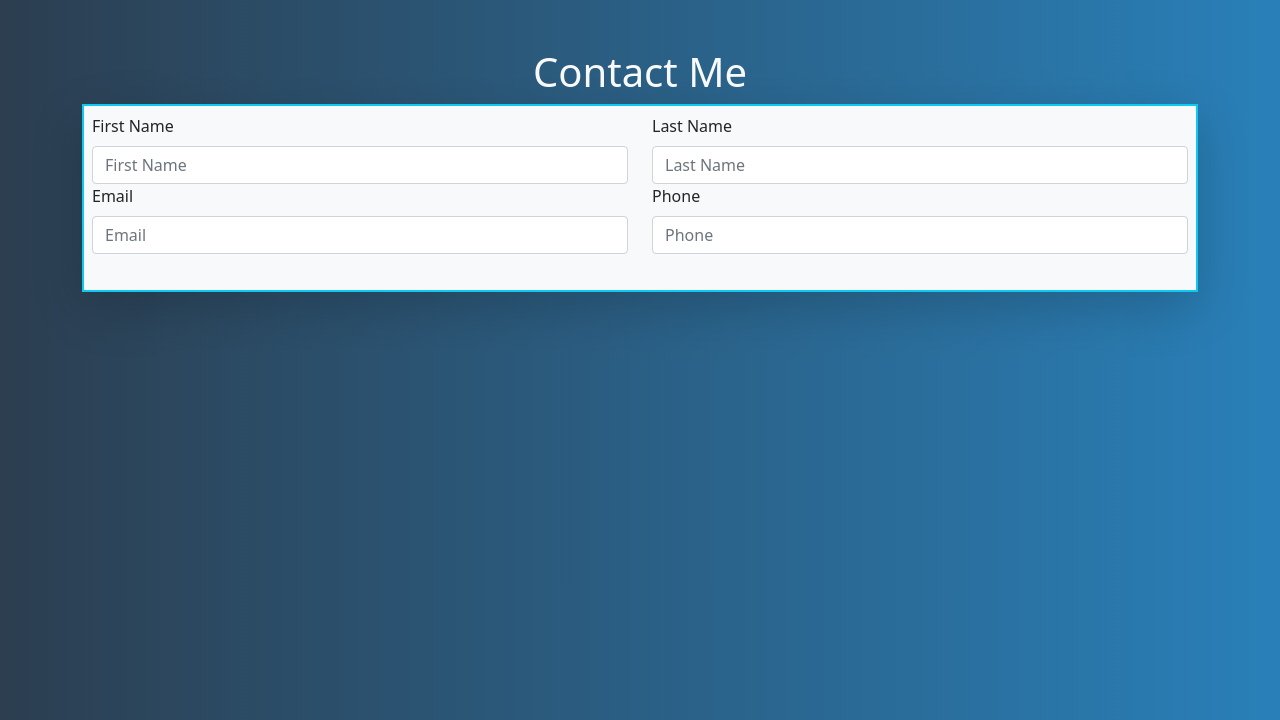
Repository: norman0286/formContactMe
Page: contactForm.html
These files come from the project's save history. The page is drawn as it stood at one moment and after the next save; the edit follows.
The browser window is 1280 px wide. The pictures show the whole page.

Above is the page before, as saved 2023-04-20 09:04:30.

### contactForm.html
<!DOCTYPE html>
<html lang="en">
  <head>
    <title>Contact Form</title>
    <!-- Required meta tags -->
    <meta charset="utf-8" />
    <meta
      name="viewport"
      content="width=device-width, initial-scale=1, shrink-to-fit=no"
    />

    <!-- Bootstrap CSS -->
    <link
      href="https://cdn.jsdelivr.net/npm/bootstrap@5.1.1/dist/css/bootstrap.min.css"
      rel="stylesheet"
      integrity="sha384-F3w7mX95PdgyTmZZMECAngseQB83DfGTowi0iMjiWaeVhAn4FJkqJByhZMI3AhiU"
      crossorigin="anonymous"
    />
    <link rel="stylesheet" href="/css/site.css" />
  </head>

  <body>
    <div class="container mt-5">
      <h1 class="text-light text-center">Contact Me</h1>
      <div class="border border-2 border-info shadow-lg p-2 bg-light">
        <form action="#">
          <div class="row">
            <div class="col">
              <label class="form-label">First Name</label>
              <input
                type="text"
                name="firstName"
                class="form-control"
                placeholder="First Name"
                aria-label="First Name"
                require
              />
            </div>
            <div class="col">
              <label class="form-label">Last Name</label>
              <input
                type="text"
                name="lastName"
                class="form-control"
                placeholder="Last Name"
                aria-label="Last Name"
                require
              />
            </div>
          </div>
          <div class="row">
            <div class="col">
              <label class="form-label">Email</label>
              <input
                type="email"
                name="email"
                class="form-control"
                placeholder="Email"
                aria-label="Email"
                required
              />
            </div>
            <div class="col">
              <label class="form-label">Phone</label>
              <input
                type="tel"
                name="Phone"
                class="form-control"
                placeholder="Phone"
                aria-label="Phone"
              />
            </div>
          </div>
          <div class="row mb-1">
            <div class="col">
              <label class=""></label>
            </div>
          </div>
        </form>
      </div>
    </div>

    <!-- Bootstrap JS -->
    <script
      src="https://cdn.jsdelivr.net/npm/bootstrap@5.1.1/dist/js/bootstrap.bundle.min.js"
      integrity="sha384-/bQdsTh/da6pkI1MST/rWKFNjaCP5gBSY4sEBT38Q/9RBh9AH40zEOg7Hlq2THRZ"
      crossorigin="anonymous"
    ></script>
  </body>
</html>

### css/site.css
body{
    background: #2980b9;  /* fallback for old browsers */
background: -webkit-linear-gradient(to right, #2c3e50, #2980b9);  /* Chrome 10-25, Safari 5.1-6 */
background: linear-gradient(to right, #2c3e50, #2980b9); /* W3C, IE 10+/ Edge, Firefox 16+, Chrome 26+, Opera 12+, Safari 7+ */

}

After the next save:
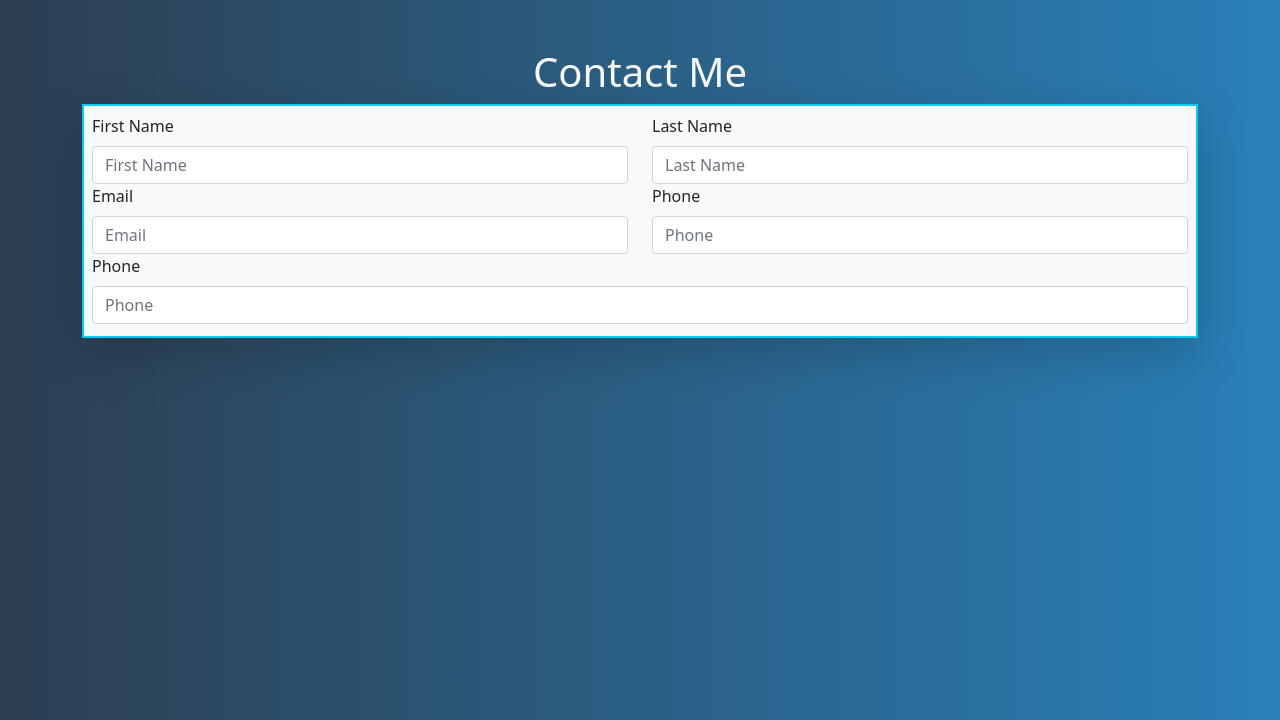
Saved 59 s later.
--- a/contactForm.html
+++ b/contactForm.html
@@ -73,7 +73,14 @@
           </div>
           <div class="row mb-1">
             <div class="col">
-              <label class=""></label>
+              <label class="form-label">Phone</label>
+              <input
+                type="tel"
+                name="Phone"
+                class="form-control"
+                placeholder="Phone"
+                aria-label="Phone"
+              />
             </div>
           </div>
         </form>
